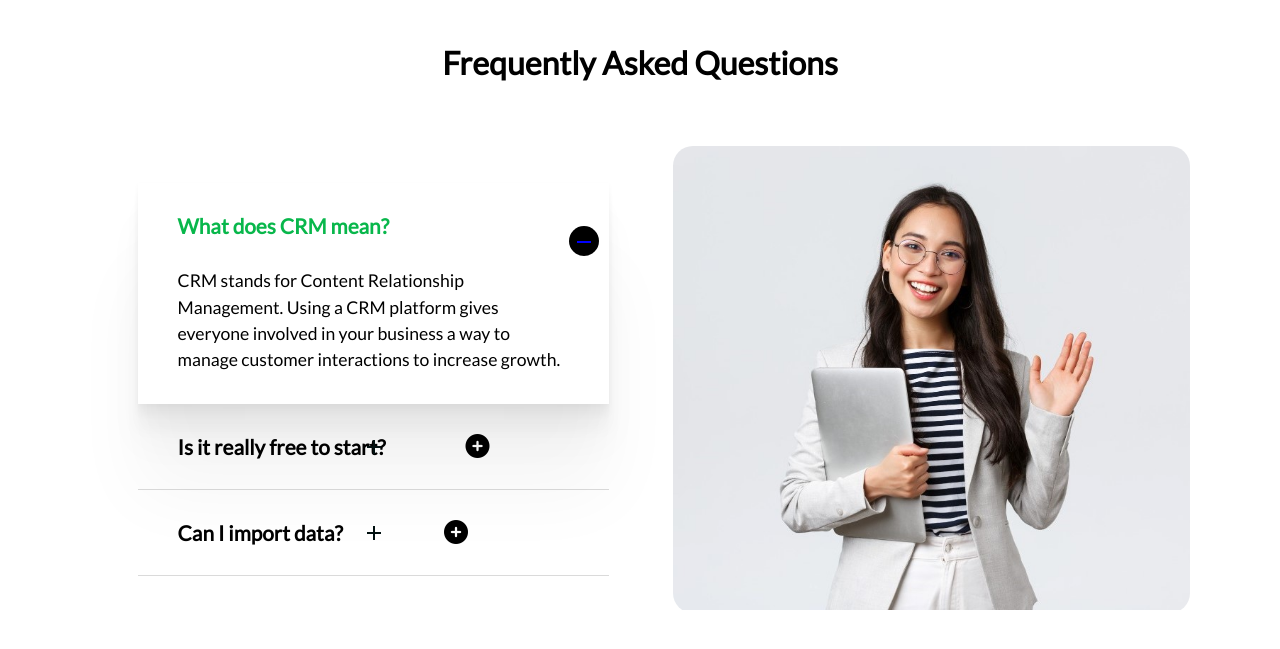
Repository: emiliaiwu/faq_component
Page: index.html
An editor plug-in stored every save of this project. The page is shown before and after the next save, followed by the edit.
The browser window is 1280 px wide. The pictures show the whole page.
Some icons come from a web library that is not loaded, so they are not drawn. Some web libraries are served in a nearby version.

Above is the page before, as saved 2022-12-13 20:43:58.

### index.html
<!DOCTYPE html>
<html lang="en">
<head>
    <meta charset="UTF-8">
    <meta http-equiv="X-UA-Compatible" content="IE=edge">
    <meta name="viewport" content="width=device-width, initial-scale=1.0">
    <link rel="stylesheet" href="style.css">
    <script src="https://kit.fontawesome.com/fd9c36575f.js" crossorigin="anonymous"></script>
    <title>FAQ Component</title>
</head>
<body>
        <h2>Frequently Asked Questions</h2>
        <article class="faq_component">
            <div class="faq_container">
                <div class="faq_content active">
                    <div class="faq_header">
                        <h3>What does CRM mean?</h3>

                        <div class="toggle-parent">
                             <div class="toggle">
                            <!-- <i class="fa-solid fa-circle-plus"></i> -->
                                <i class="fa-solid fa-circle-minus"></i>
                            </div>
                        </div>


                    </div>
                    <div class="content_wrap">
                        <p class="content hidden">
                            CRM stands for Content Relationship Management. Using a CRM platform gives everyone involved in your business a way to manage customer interactions to increase growth.
                        </p>
                    </div>
                </div>

                <div class="faq_content">
                    <div class="faq_header">
                        <h3>Is it really free to start?</h3>
                        <i class="fa-solid fa-circle-plus"></i>
                        <i class="fa-solid fa-circle-minus"></i>
                    </div>
                    <div class="content_wrap">
                        <p class="content">
                            Yes! You can opt to stay within the free tier for as long as you want to. It’s a great way to get a feel for the platform before deciding to upgrade to take advantage of the more advanced features.
                        </p>
                    </div>
                </div>

                <div class="faq_content">
                    <div class="faq_header">
                        <h3>Can I import data?</h3>
                        <i class="fa-solid fa-circle-plus"></i>
                        <i class="fa-solid fa-circle-minus"></i>
                    </div>
                    <div class="content_wrap">
                         <p class="content">
                            Yes! Getting your existing data in is easy. Simply export your existing customers to a .csv file and import them within a couple of clicks.
                        </p>
                    </div>
                </div>
            </div>
            <div class="faq_image">
                <img src="img/meeting.jpg" alt="">
            </div>
        </article>
 <script src="script.js"></script>
</body>
</html>

### style.css
@import url('https://fonts.googleapis.com/css2?family=Lato:wght@300;400&display=swap');

* {
    margin: 0;
    padding: 0;
    box-sizing: border-box;
}

body {
    font-family: 'Lato', sans-serif;
    max-width: 100vw;
    min-height: 100vh;
    flex-direction: column;

}

body,
.faq_component,
.faq_container {
    display: flex;
    align-items: center;
    justify-content: center;

}


/* TYPOGRAPHY */
h2 {
    text-align: center;
    font-size: 2rem;
    font-family: inherit;

}

h3 {
    font-size: 1.3rem;
    font-family: inherit;
}

p {
    font-size: 1.1rem;
    font-family: inherit;
    height: 100%;
    line-height: 1.5;
}


/* TOGGLE */

.fa-solid {
    font-size: 1.5rem;
}

/* MAIN BODY */
.faq_component {
    width: 100%;
    padding: 4rem 7vw;
    gap: 1rem;
}

.faq_image {
    width: 100%;
    border-radius: 20px;
    overflow: hidden;
}

img {
    width: 100%;
    height: auto;
}

.faq_container {
    width: 100%;
    padding: 0 3rem;
    flex-direction: column;
    z-index: 1000;
}

.faq_header {
    display: flex;
    align-items: center;
    justify-content: space-between;
    padding: 30px 0px 30px 0;
    position: relative;
}

.faq_content {
    padding: 0 40px;
    border-bottom: 1px solid rgba(0, 0, 0, 0.146);
    cursor: pointer;
    overflow: hidden;
}

.content_wrap {
    padding: 0 0 0px;
    visibility: hidden;
    max-height: 0px;
    transition: all .5s ease;


}

/* .faq_content .fa-circle-minus {
    display: none;
} */


/* ACTIVE CLASSES */

.faq_content.active {
    border: none;
    box-shadow: 0 90px 70px 0 rgb(0 0 0 / 4%),
        0 40px 35px 0 rgb(0 0 0 / 3%),
        0 25px 15px 0 rgb(0 0 0 / 3%),
        0 11px 7px 0 rgb(0 0 0 / 3%),
        0 2px 5px 0 rgb(0 0 0 / 3%);
}

.faq_content.active .faq_header {
    color:rgb(8, 183, 75);
}

.faq_content.active .fa-circle-plus {
    transform: rotate(45deg);
    transition: transform .45s cubic-bezier(.3,.4,.2,1),
        background-color .15s ease;
    display: none;
}

.faq_content .fa-circle-minus {
    display: inline;
}

.toggle-parent {
    position: relative;
}

 .toggle {
    position: absolute;
    width: 30px;
    height: 30px;
    border-radius: 30px;
    background-color: black;
    top: 50%;
}

.faq_content .fa-circle-minus::before {
    content: '';
    position: absolute;
    background-color: rgb(1, 16, 16);
    width: 14px;
    height: 2px;
    margin-left: auto;
    margin-right: auto;
    top: 50%;
    left: 0;
    right: 0;
    transition: transform .45s cubic-bezier(.3,.4,.2,1),
        background-color .15s ease;
}

.faq_content .fa-circle-minus::after {
    content: '';
    position: absolute;
    transform: rotate(90deg);
    background-color: rgb(1, 16, 16);
    width: 14px;
    height: 2px;
    margin-left: auto;
    margin-right: auto;
    top: 50%;
    left: 0;
    right: 0;
    transition: transform .45s cubic-bezier(.3,.4,.2,1),
        background-color .15s ease;
}


.faq_content.active .fa-circle-minus::after {
    background-color: blue;
    transform: rotate(180deg);
    transition: transform .45s cubic-bezier(.3,.4,.2,1),
        background-color .15s ease;
}



.faq_content.active .content_wrap {
    padding: 0 0 30px;
    visibility: visible;
    max-height: 150px;

}






@media only screen and (max-width: 1000px) {
    .faq_component {
        flex-direction: column;
        gap: 3rem;
        padding: 4rem 7vw;
    }

    h2 {
        margin-top: 3rem;
    }

    .faq_container {
        padding: 0;
    }

    .faq_content.active .content_wrap {
        max-height: 300px;
        padding: 0 0 30px;
    }
}

### script.js
'use strict';
const faqContent = document.querySelectorAll('.faq_content');


faqContent.forEach((faq) => {
    faq.addEventListener('click', function () {
        faq.classList.toggle('active');

    });
})

After the next save:
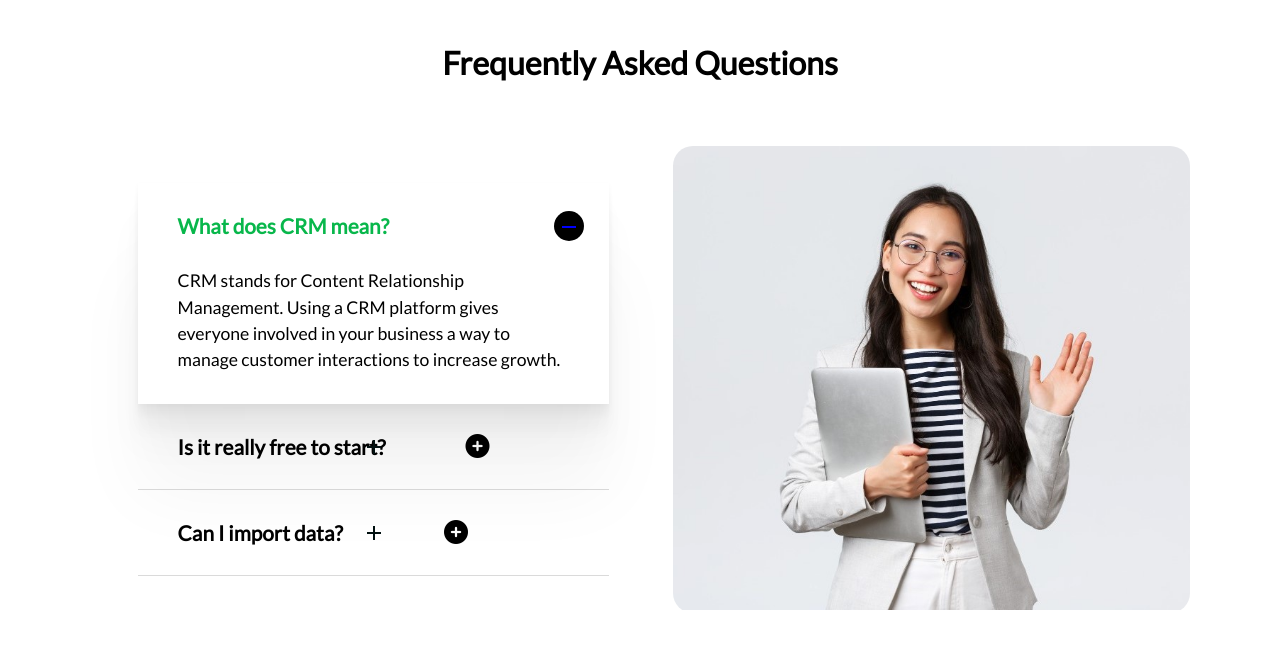
Saved 15 s later.
--- a/style.css
+++ b/style.css
@@ -142,6 +142,9 @@ img {
     border-radius: 30px;
     background-color: black;
     top: 50%;
+     top: 50%;
+    left: 50%;
+    transform: translate(-50%, -50%);
 }
 
 .faq_content .fa-circle-minus::before {
